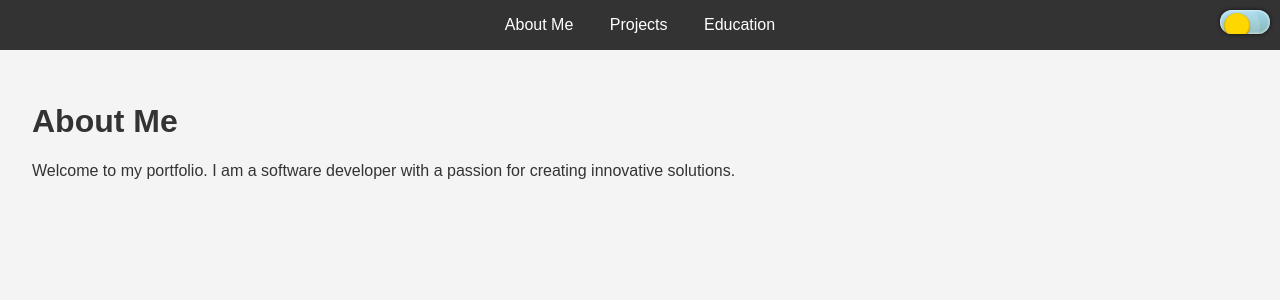
Repository: yssine/Portfolio
Page: http://localhost/
These files come from the project's save history. The page is drawn as it stood at one moment and after the next save; the edit follows.
The browser window is 1280 px wide. The pictures show the whole page.
The page is served by the project's application, run on Flask 3 (app.py).

Above is the page before, as saved 2024-07-10 23:22:52.

### templates/about.html
{% extends 'base.html' %}

{% block content %}
<h1>About Me</h1>
<p>Welcome to my portfolio. I am a software developer with a passion for creating innovative solutions.</p>
{% endblock %}

### templates/base.html
<!DOCTYPE html>
<html lang="en">
<head>
    <meta charset="UTF-8">
    <meta name="viewport" content="width=device-width, initial-scale=1.0">
    <title>Yassine Lahmer's Portfolio</title>
    <link rel="icon" type="image/x-icon" href="{{ url_for('static', filename='nerd.png') }}">
    <link rel="stylesheet" href="{{ url_for('static', filename='style.css') }}">
</head>
<body class="light-mode">
    <nav>
        <a href="{{ url_for('about') }}">About Me</a>
        <a href="{{ url_for('projects') }}">Projects</a>
        <a href="{{ url_for('education') }}">Education</a>




        <label class="switch">
            <input type="checkbox" id="theme-switch">
            <span class="slider round"></span>
        </label>
    </nav>
    <div class="content">
        {% block content %}{% endblock %}
    </div>
    <script>
        const themeSwitch = document.getElementById('theme-switch');
        const currentTheme = localStorage.getItem('theme') || 'light';

        if (currentTheme === 'dark') {
            document.body.classList.add('dark-mode');
            themeSwitch.checked = true;
        }

        themeSwitch.addEventListener('change', function() {
            if (this.checked) {
                document.body.classList.add('dark-mode');
                localStorage.setItem('theme', 'dark');
            } else {
                document.body.classList.remove('dark-mode');
                localStorage.setItem('theme', 'light');
            }
        });
    </script>



</body>
</html>

### app.py
from flask import Flask, render_template

app = Flask(__name__)

@app.route('/')
def home():
    return render_template('about.html')

@app.route('/WhoAmI')
def about():
    return render_template('about.html')

@app.route('/projects')
def projects():
    return render_template('projects.html')

@app.route('/education')
def education():
    return render_template('education.html')

if __name__ == '__main__':
    app.run(debug=True)

### static/style.css
body {
    font-family: Arial, sans-serif;
    margin: 0;
    padding: 0;
}

body.light-mode {
    background-color: #f4f4f4;
    color: #333;
}

body.dark-mode {
    background-color: #333;
    color: #f4f4f4;
}

nav {
    background-color: #333;
    color: #fff;
    padding: 1em;
    text-align: center;
}

body.light-mode nav {
    background-color: #333;
    color: #fff;
}

body.dark-mode nav {
    background-color: #f4f4f4;
    color: #333;
}

nav a {
    color: inherit;
    margin: 0 1em;
    text-decoration: none;
}

nav a:hover {
    text-decoration: underline;
}

.content {
    padding: 2em;
}

/* Switch */
.switch {
    position: absolute;
    top: 10px;
    right: 60px;
}

.switch input {
    display: none;
}

.slider {
    position: relative;
    width: 50px;
    height: 24px;
    background-color: #ccc;
    border-radius: 34px;
    cursor: pointer;
    transition: background-color 0.2s;
}

.slider:before {
    content: "";
    position: absolute;
    width: 18px;
    height: 18px;
    border-radius: 50%;
    background-color: white;
    top: 3px;
    left: 3px;
    transition: transform 0.2s;
}

input:checked + .slider {
    background-color: #66bb6a;
}

input:checked + .slider:before {
    transform: translateX(26px);
}

.slider.round {
    border-radius: 34px;
}

.slider.round:before {
    border-radius: 50%;
}



















/* ######################################################################################### */
/* variables */
:root{
    --dark: #111111;
    --sun: #ffd700;
    --sun-shadow: #987416;
    --moon: #dddddd;
    --moon-shadow: #808080;
    --star: #ffffff;
    --cloud: #ffffff;
    --crater: #535370;
    --shadow-01: #80808077;
    --shadow-02: #ffffff22;
    --shadow-03: #555555;
    --white: #ffffff;
    --background-day: linear-gradient(skyblue, cadetblue);
    --background-night: linear-gradient(-45deg, #222, #000030);
  }
  .container{
    position: relative;
    display: inline-block;
    width: 80px;
    height: 34px;
    -webkit-transform: scale(3);
    transform: scale(3);
  }
  .container input{
    opacity: 0;
    width: 0;
    height: 0;
  }
  .slider{
    position: absolute;
    cursor: pointer;
    inset: 0;
    background: var(--background-day);
    box-shadow: inset 0 0 3px;
    -webkit-transition: 0.4s;
    transition: 0.4s;
    filter: drop-shadow(0 0 2px var(--dark));
    overflow: hidden;
    z-index: 1;
  }
  .slider::before{
    position: absolute;
    content: "";
    height: 26px;
    width: 26px;
    left: 4px;
    bottom: 4px;
    background-color: var(--sun);
    -webkit-transition: 0.4s;
    transition: 0.4s;
    box-shadow:
      inset 0 -1px 2px var(--sun-shadow),
      0 1px 2px var(--shadow-01),
      0 0 0 10px var(--shadow-02),
      0 0 0 20px var(--shadow-02),
      10px 0 0 20px var(--shadow-02);
  }
  input:checked + .slider{
    background: var(--background-night);
    filter: drop-shadow(0 0 2px var(--white));
  }

  input:checked + .slider:before{
    background: var(--moon);
    -webkit-transform: translateX(180%);
    -ms-transform: translateX(180%);
    transform: translateX(80%);
    box-shadow:
      inset 0 -1px 2px var(--moon-shadow),
      0 1px 2px var(--shadow-03),
      0 0 0 10px var(--shadow-02),
      0 0 0 20px var(--shadow-02),
      -10px 0 0 20px var(--shadow-02);
  }
  .slider::after{
    content: "";
    position: absolute;
    background: var(--crater);
    width: 4px;
    height: 4px;
    border-radius: 50%;
    bottom: 65%;
    right: 16%;
    box-shadow:
      -8px 7px 0 3px var(--crater),
      2px 10px 0 var(--crater)
    ;
    -webkit-transition: .4s;
    transition: .4s;
    -webkit-transform: scale(0) rotate(360deg);
    transform: scale(0) rotate(360deg);
    filter: saturate(.75);
  }
  input:checked + .slider::after{
    -webkit-transform: scale(1) rotate(-24deg);
    transform: scale(1) rotate(-24deg);
  }
  input:checked + .slider .background{
    -webkit-transform: translateY(260%);
    transform: translateY(260%);
    opacity: 0;
  }
  .star{
    -webkit-transform: scale(0);
    transform: scale(0);
    -webkit-transition: .4s;
    transition: .4s;
  }
  input:checked + .slider .star{
    position: absolute;
    width: 0;
    height: 0;
    border: 10px solid transparent;
    border-bottom: 7px solid var(--star);
    transform: rotate(35deg);
    border-top: none;
    margin: 5px 0;
    -webkit-transform: scale(.3) translate(50%);
    transform: scale(.3) translate(50%);
  }
  input:checked + .slider .star:last-child{
    -webkit-transform: scale(.4) translate(225%, 300%);
    transform: scale(.4) translate(225%, 300%);
  }
  input:checked + .slider .star::before,
  input:checked + .slider .star::after{
    content: "";
    position: absolute;
    width: 0;
    height: 0;
    border-top: none;
  }
  input:checked + .slider .star::before{
    border: 3px solid transparent;
    border-bottom: 8px solid var(--star);
    -webkit-transform: rotate(35deg);
    transform: rotate(35deg);
    top: -7.5px;
    left: 1.5px;
  }
  input:checked + .slider .star::after{
    border: 10px solid transparent;
    border-bottom: 7px solid var(--star);
    -webkit-transform: rotate(70deg);
    transform: rotate(70deg);
    top: -7px;
    left: -4.5px;
  }
  .slider.round {
    border-radius: 34px;
  }
  .slider.round:before {
    border-radius: 50%;
  }
  .background{
    position: absolute;
    width: 10px;
    height: 10px;
    background: var(--cloud);
    border-radius: 50%;
    bottom: 0;
    right: 0;
    box-shadow:
      0 -10px 0 8px var(--cloud),
      -10px 0px 0 8px var(--cloud),
      -45px 4px 0 5px var(--cloud),
      -60px 0px 0 3px var(--cloud),
      -29px 2px 0 8px var(--cloud)
    ;
    -webkit-transition: .4s;
    transition: .4s;
  }
  /* #################################################################### */

After the next save:
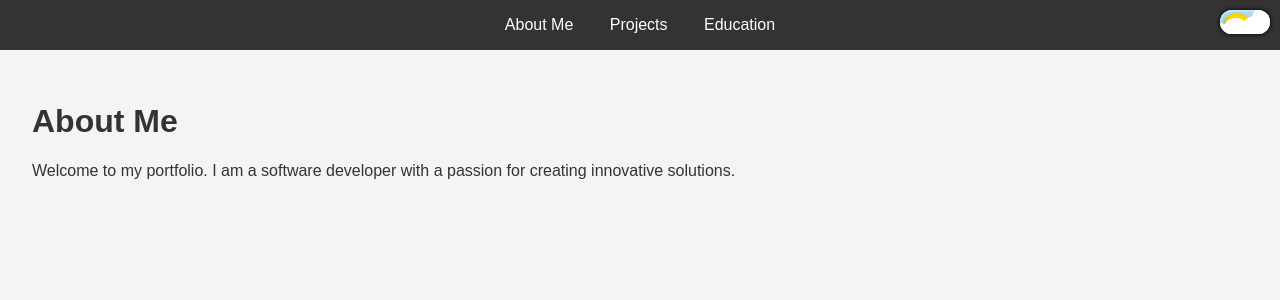
Saved 58 s later.
--- a/templates/base.html
+++ b/templates/base.html
@@ -19,6 +19,12 @@
         <label class="switch">
             <input type="checkbox" id="theme-switch">
             <span class="slider round"></span>
+            <input type="checkbox" id="toggle"/>
+  <span class="slider round">
+    <div class="background"></div>
+    <div class="star"></div>
+    <div class="star"></div>
+  </span>
         </label>
     </nav>
     <div class="content">
